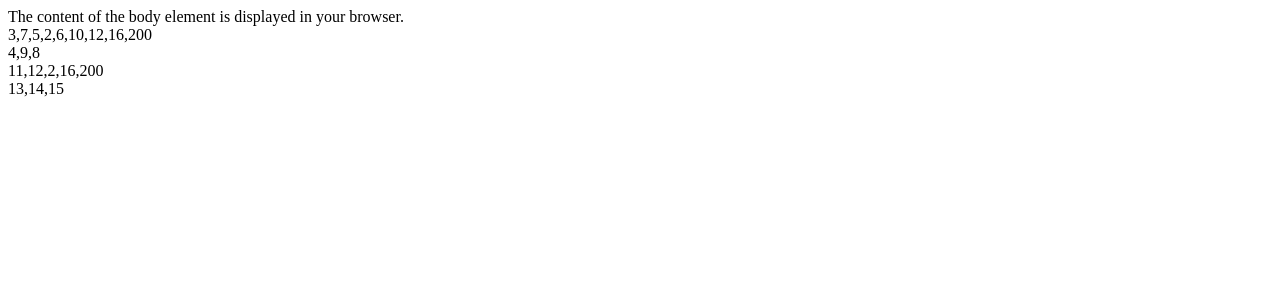
Repository: gperilli/truchetTilingGenerator
Page: test.html
The author's editor kept a copy of each file at every save. The page is drawn from the files as they stood at one save, then again after the next save.
The browser window is 1280 px wide. The pictures show the whole page.

Above is the page before, as saved 2023-04-19 00:44:25.

After the next save:
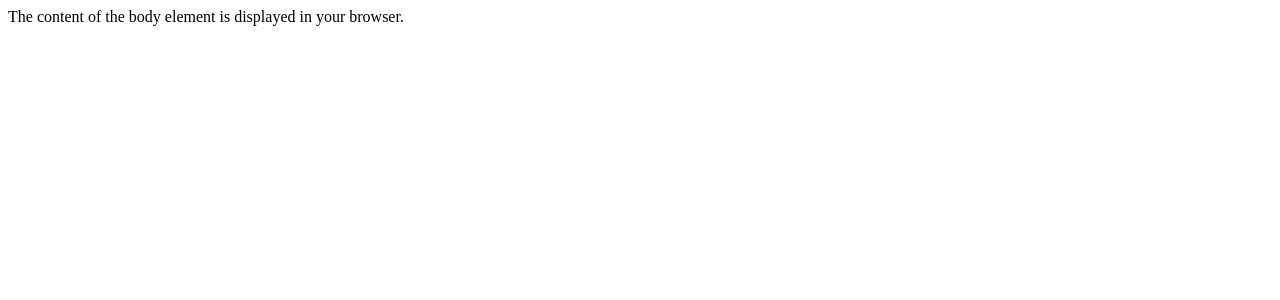
Console error: SyntaxError: Unexpected token '{'
Saved 16 min 54 s later.
--- a/test.html
+++ b/test.html
@@ -61,6 +61,22 @@
         }
     }
 
+    joinerArray.forEach((joinerSubArray) => {
+        joinerArray.forEach((joinerSubArrayComparison) => {
+            if (joinerSubArray != joinerSubArrayComparison) {
+                joinerSubArray.forEach(joinerSubArrayItem) {
+                    if (joinerSubArrayComparison.includes(joinerSubArrayItem)) {
+                        joinerSubArrayComparison.forEach((joinerSubArrayComparisonItem) => {
+                            if (joinerSubArray.includes(joinerSubArrayComparisonItem) == false) {
+                                joinerSubArray.push(joinerSubArrayComparisonItem)
+                            }
+                        })
+                    }
+                }
+            }
+        })
+    })
+
 })
 
 

After the 2 saves that followed:
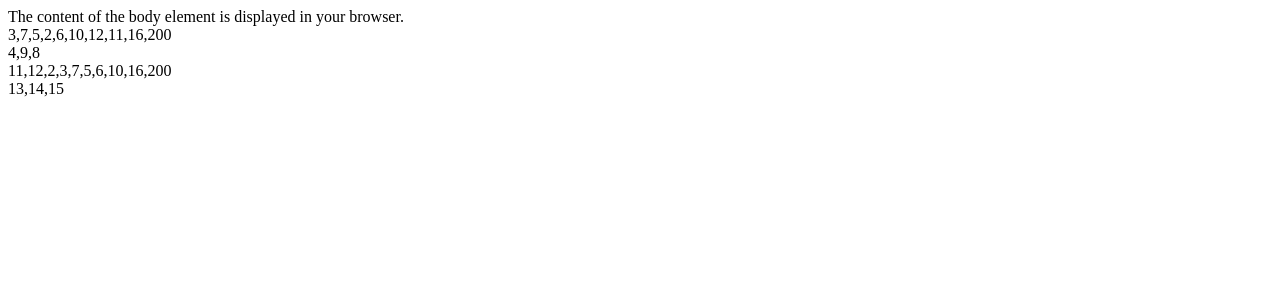
The error is gone.
The 2 saves are shown as one change because 1 left the picture as it was.
The last was saved 57 s later.
--- a/test.html
+++ b/test.html
@@ -64,7 +64,7 @@
     joinerArray.forEach((joinerSubArray) => {
         joinerArray.forEach((joinerSubArrayComparison) => {
             if (joinerSubArray != joinerSubArrayComparison) {
-                joinerSubArray.forEach(joinerSubArrayItem) {
+                joinerSubArray.forEach((joinerSubArrayItem) => {
                     if (joinerSubArrayComparison.includes(joinerSubArrayItem)) {
                         joinerSubArrayComparison.forEach((joinerSubArrayComparisonItem) => {
                             if (joinerSubArray.includes(joinerSubArrayComparisonItem) == false) {
@@ -72,7 +72,7 @@
                             }
                         })
                     }
-                }
+                })
             }
         })
     })
